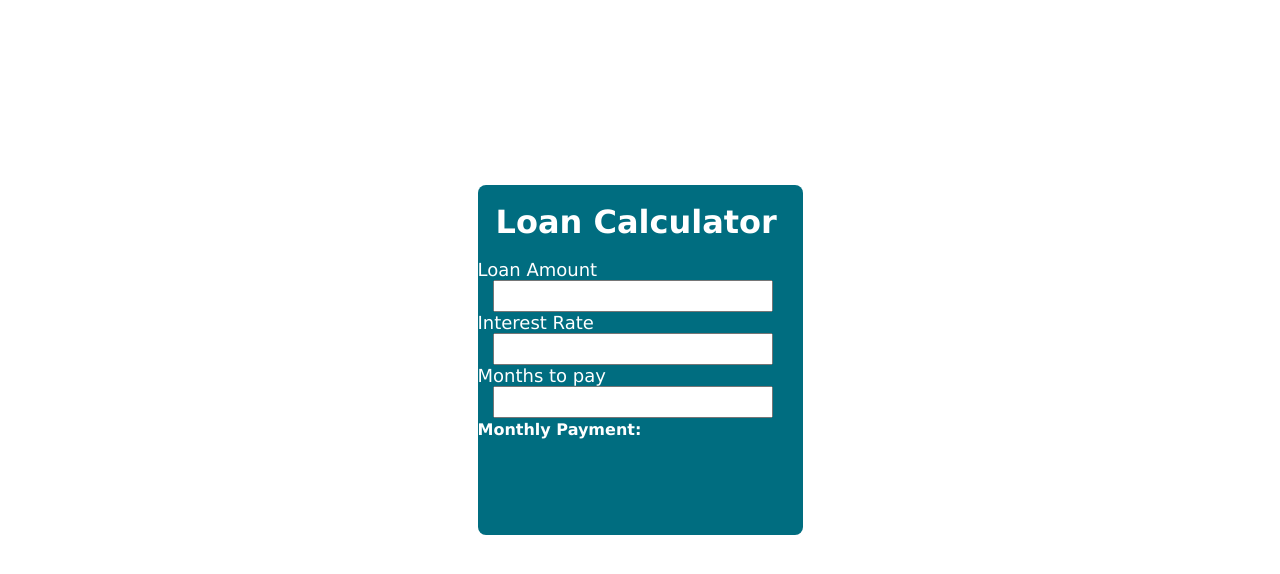
Repository: Ankitkr2021/Loan-Calculator
Page: index.html
An editor plug-in stored every save of this project. The page is shown before and after the next save, followed by the edit.
The browser window is 1280 px wide. The pictures show the whole page.

Above is the page before, as saved 2025-10-28 08:54:20.

After the next save:
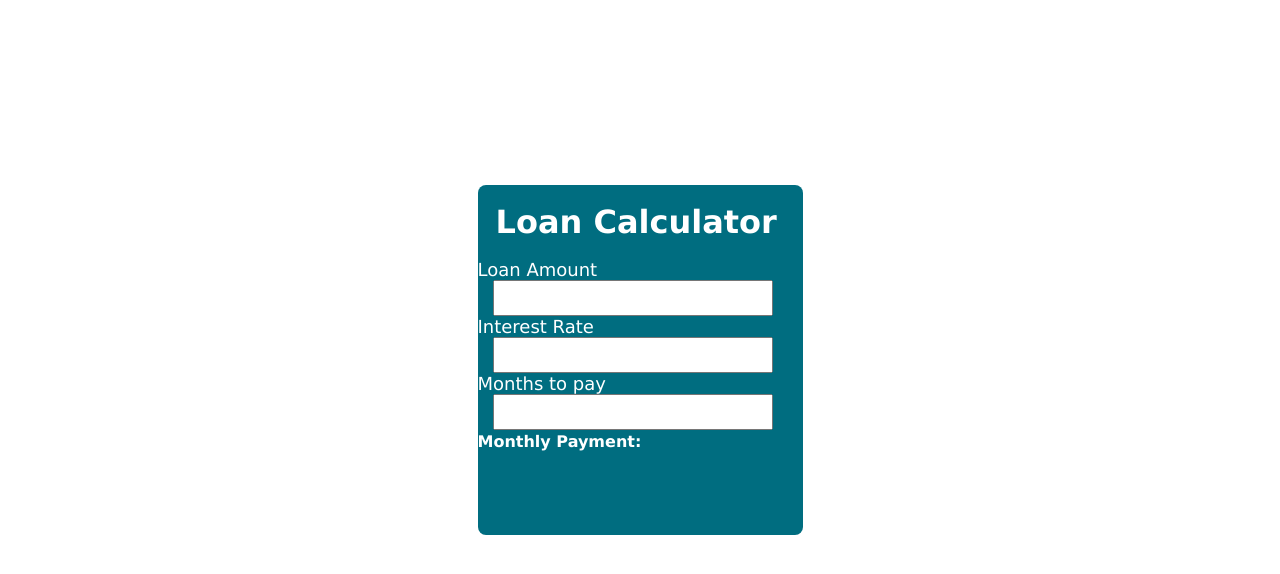
Saved 4 s later.
--- a/style.css
+++ b/style.css
@@ -35,5 +35,5 @@
     width: 280px;
     height: 25px;
     margin-left: 15px;
-    padding: 14px;
+    padding: 16px;
 }
